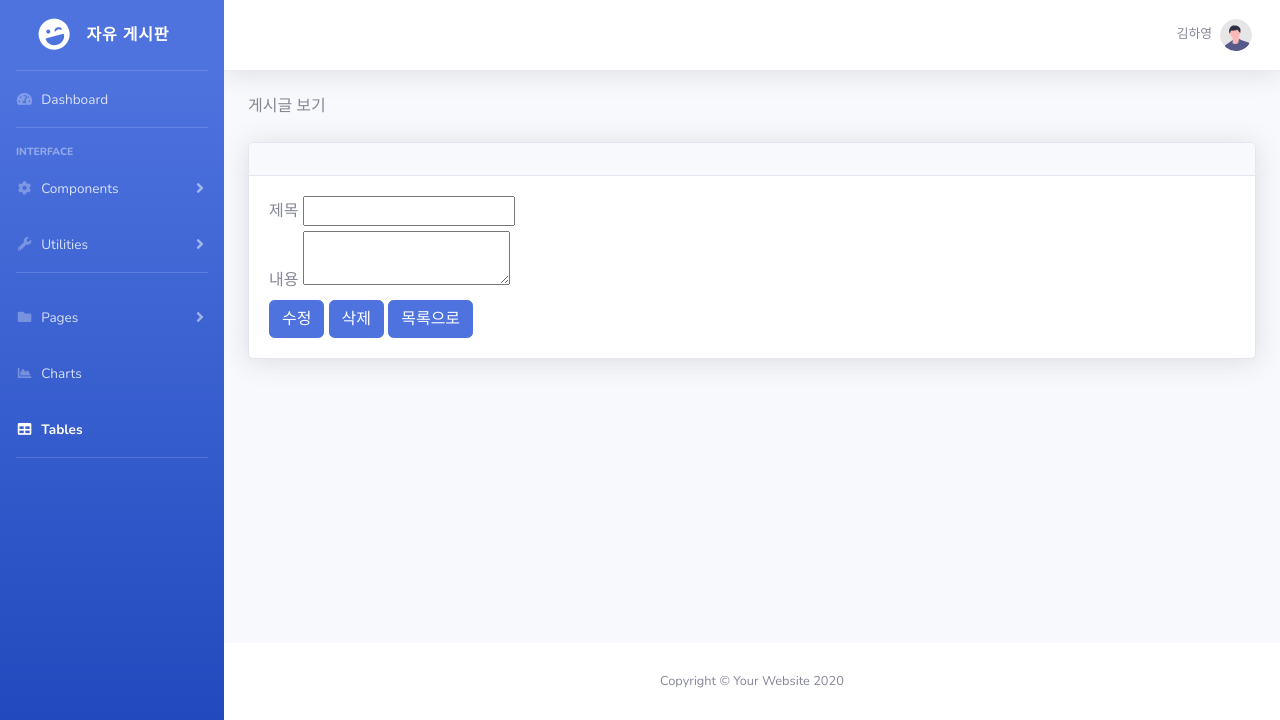
Repository: kimhayoungee/restBoard
Page: http://localhost/board/WEB-INF/views/board/detail.jsp
An editor plug-in stored every save of this project. The page is shown before and after the next save, followed by the edit.
The browser window is 1280 px wide. The pictures show the whole page.
The page is served by Tomcat 9. Nobody is signed in. The template is opened directly, without the code that normally fills it, so the values that code supplies are empty.

Above is the page before, as saved 2021-03-04 12:19:56.

After the next save:
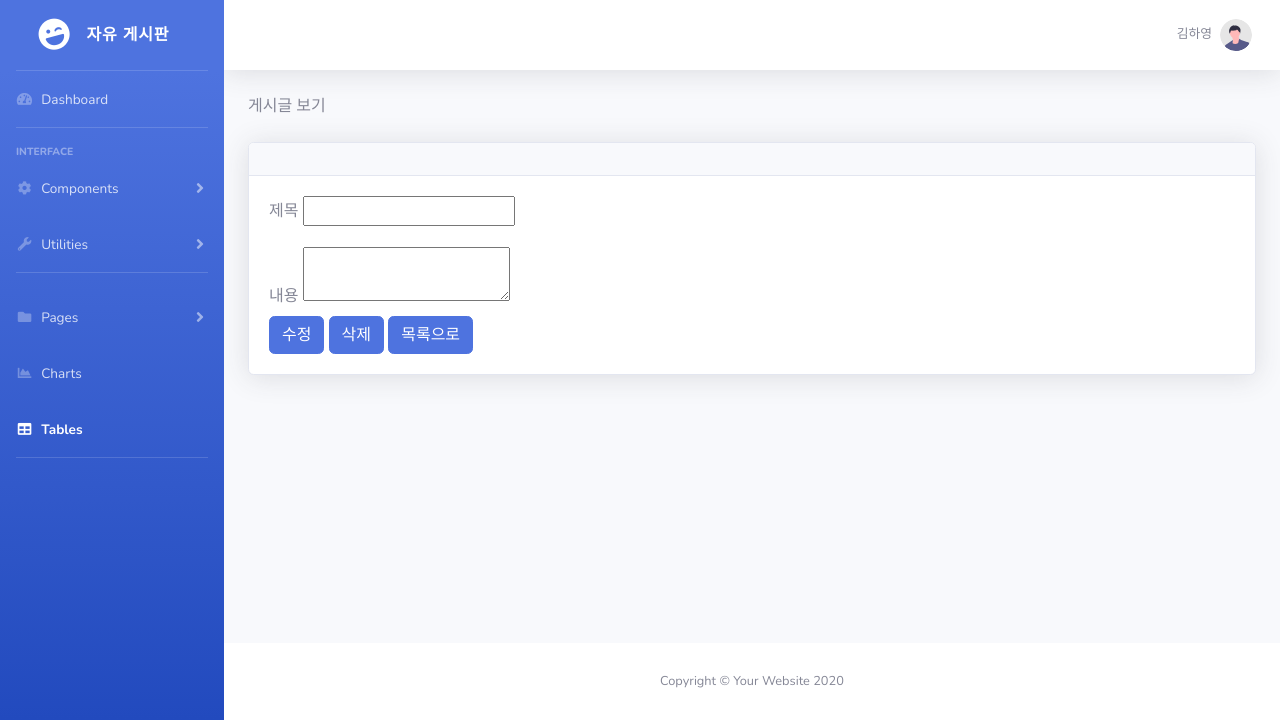
Saved 102 s later.
--- a/board/src/main/webapp/WEB-INF/views/board/detail.jsp
+++ b/board/src/main/webapp/WEB-INF/views/board/detail.jsp
@@ -215,7 +215,7 @@
                         </div>
                         <div class="card-body">
 
-                       	<div>
+                       	<div class="form-group">
                        		<label>제목</label> <input value='<c:out value="${bvo.btitle}"/>' >
                        	</div>
 
